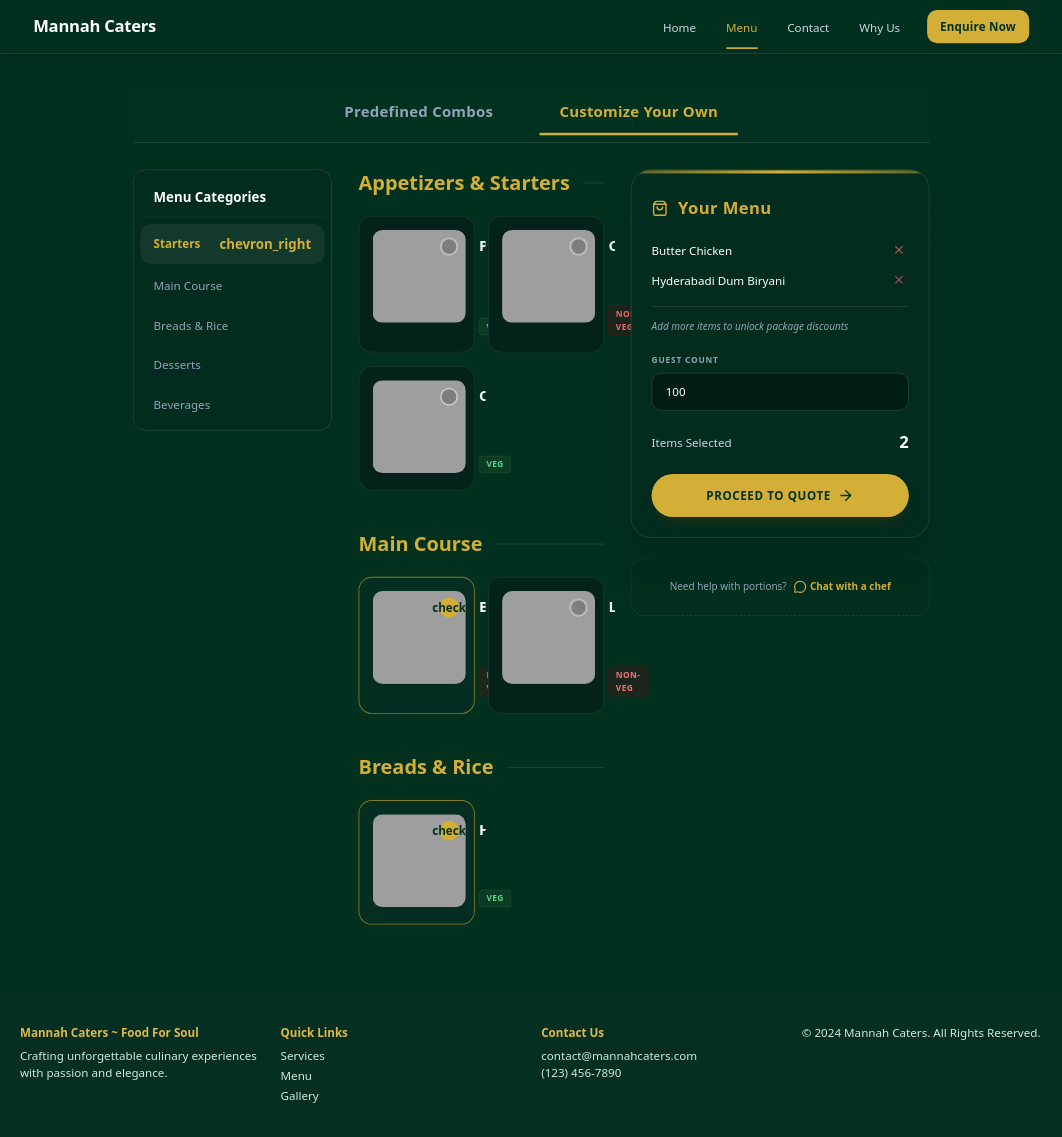
Repository: B-U-G-Freelancers/mannah_caterers
Page: /menu, after clicking the first element matching `div.justify-center > :nth-child(2)`
The author's editor kept a copy of each file at every save. The page is drawn from the files as they stood at one save, then again after the next save.
The browser window is 1280 px wide. The pictures show the whole page, at 83% of full size.
Pictures or frames that could not be fetched are drawn as grey boxes. The project was rebuilt for these pictures with package versions that can differ from the ones it lists, and the page was loaded fresh each time. Some packages were replaced by stand-ins written for this rebuild. Also part of the build but not shown: vite.config.js, src/pages/Home.jsx, src/pages/Contact.jsx, src/pages/WhyUs.jsx.

Above is the page before, as saved 2025-12-17 18:07:14.

### index.html
<!doctype html>
<html lang="en">
  <head>
    <meta charset="UTF-8" />
    <link rel="icon" type="image/svg+xml" href="/vite.svg" />
    <meta name="viewport" content="width=device-width, initial-scale=1.0" />
    <title>mannah-caters</title>
  </head>
  <body>
    <div id="root"></div>
    <script type="module" src="/src/main.jsx"></script>
  </body>
</html>

### src/main.jsx
import React from "react"
import ReactDOM from "react-dom/client"
import { BrowserRouter } from "react-router-dom"
import App from "./App"
import "./index.css"

ReactDOM.createRoot(document.getElementById("root")).render(
  <BrowserRouter>
    <App />
  </BrowserRouter>
)

### src/App.jsx

import React from "react";
import { Routes, Route } from "react-router-dom";
import Layout from "./components/Layout";
import Home from "./pages/Home";
import Menu from "./pages/Menu";
import Contact from "./pages/Contact";
import WhyUs from "./pages/WhyUs";
const App = () => {
  return (

    <Routes>
      <Route path="/" element={<Layout />}>
        <Route index element={<Home />} />
        <Route path="menu" element={<Menu />} />
        <Route path="contact" element={<Contact />} />
        <Route path="why-us" element={<WhyUs />} />
      </Route>
    </Routes>
  );
};

export default App;

### src/index.css
@import "tailwindcss";


:root {
  font-family: system-ui, Avenir, Helvetica, Arial, sans-serif;
  line-height: 1.5;
  font-weight: 400;

  color-scheme: light dark;
  color: rgba(255, 255, 255, 0.87);
  background-color: #242424;

  font-synthesis: none;
  text-rendering: optimizeLegibility;
  -webkit-font-smoothing: antialiased;
  -moz-osx-font-smoothing: grayscale;
}

/* a {
  font-weight: 500;
  color: #646cff;
  text-decoration: inherit;
}
a:hover {
  color: #535bf2;
}

body {
  margin: 0;
  display: flex;
  place-items: center;
  min-width: 320px;
  min-height: 100vh;
}

h1 {
  font-size: 3.2em;
  line-height: 1.1;
}

button {
  border-radius: 8px;
  border: 1px solid transparent;
  padding: 0.6em 1.2em;
  font-size: 1em;
  font-weight: 500;
  font-family: inherit;
  background-color: #1a1a1a;
  cursor: pointer;
  transition: border-color 0.25s;
}
button:hover {
  border-color: #646cff;
}
button:focus,
button:focus-visible {
  outline: 4px auto -webkit-focus-ring-color;
}

@media (prefers-color-scheme: light) {
  :root {
    color: #213547;
    background-color: #ffffff;
  }
  a:hover {
    color: #747bff;
  }
  button {
    background-color: #f9f9f9;
  }
} */

### src/components/Layout.jsx
// Layout.jsx
import React from "react";
import Header from "./Header";
import Footer from "./Footer";
// If you are using React Router, import Outlet
import { Outlet } from "react-router-dom";

const Layout = () => {
  return (
    <div className="flex flex-col min-h-screen min-w-screen">
      <Header />

      {/* "flex-1" ensures this section takes up all available space,
          pushing the footer to the bottom if content is short */}
      <main className="flex-1">
        {/* Outlet renders the child route's element (the current page) */}
        <Outlet />
      </main>

      <Footer />
    </div>
  );
};

export default Layout;

### src/components/Header.jsx
import React from "react";
import { NavLink } from "react-router-dom";

const Header = () => {
  const linkBase =
    "text-sm font-medium leading-normal transition-colors relative";

  const linkInactive =
    "text-slate-300 hover:text-white";

  const linkActive =
    "text-[#d4af37] font-bold after:content-[''] after:absolute after:-bottom-4 after:left-0 after:w-full after:h-[2px] after:bg-[#d4af37]";

  return (
    <header className="sticky top-0 z-50 flex items-center justify-between border-b border-[#24473b] bg-[#013220]/95 backdrop-blur-md px-4 sm:px-10 py-3 shadow-lg">

      {/* Logo */}
      <div className="flex items-center gap-4">
        <NavLink
          to="/"
          className="text-white text-xl font-bold tracking-[-0.015em] hover:text-[#d4af37] transition-colors"
        >
          Mannah Caters
        </NavLink>
      </div>

      {/* Right Section */}
      <div className="flex flex-1 justify-end items-center gap-8">

        {/* Desktop Nav */}
        <nav className="hidden md:flex items-center gap-9">
          <NavLink
            to="/"
            className={({ isActive }) =>
              `${linkBase} ${isActive ? linkActive : linkInactive}`
            }
          >
            Home
          </NavLink>

          <NavLink
            to="/menu"
            className={({ isActive }) =>
              `${linkBase} ${isActive ? linkActive : linkInactive}`
            }
          >
            Menu
          </NavLink>

          <NavLink
            to="/contact"
            className={({ isActive }) =>
              `${linkBase} ${isActive ? linkActive : linkInactive}`
            }
          >
            Contact
          </NavLink>

          <NavLink
            to="/why-us"
            className={({ isActive }) =>
              `${linkBase} ${isActive ? linkActive : linkInactive}`
            }
          >
            Why Us
          </NavLink>
        </nav>

        {/* CTA */}
        <button className="flex h-10 px-4 items-center justify-center rounded-xl bg-[#d4af37] hover:bg-[#c29d4d] active:scale-95 transition-all text-[#013220] text-sm font-bold tracking-[0.015em] shadow-md">
          Enquire Now
        </button>
      </div>
    </header>
  );
};

export default Header;

### src/components/Footer.jsx
import React from "react";

const Footer = ({ onNavigate }) => {
  const handleNav = (tab) => {
    // Check if onNavigate exists before calling it
    if (onNavigate) {
      onNavigate(tab);
      window.scrollTo({ top: 0, behavior: "smooth" });
    }
  };

  return (
    <footer className="bg-[#052f22] py-10">
      <div className="max-w-7xl mx-auto px-6 grid md:grid-cols-4 gap-6 text-sm text-[#cfe9df]">
        <div>
          <h4 className="text-[#e0b84c] font-semibold">
            Mannah Caters ~ Food For Soul
          </h4>
          <p className="text-sm mt-2">
            Crafting unforgettable culinary experiences with passion and elegance.
          </p>
        </div>
        <div>
          <h4 className="text-[#e0b84c] font-semibold">Quick Links</h4>
          <ul className="text-sm mt-2 space-y-1">
            <li className="hover:text-white cursor-pointer transition-colors">
              Services
            </li>
            {/* I added the onClick here so handleNav is actually used */}
            <li
              onClick={() => handleNav("combos")}
              className="hover:text-white cursor-pointer transition-colors"
            >
              Menu
            </li>
            <li className="hover:text-white cursor-pointer transition-colors">
              Gallery
            </li>
          </ul>
        </div>
        <div>
          <h4 className="text-[#e0b84c] font-semibold">Contact Us</h4>
          <p className="text-sm mt-2">contact@mannahcaters.com</p>
          <p className="text-sm">(123) 456-7890</p>
        </div>
        <div className="text-sm">
          © 2024 Mannah Caters. All Rights Reserved.
        </div>
      </div>
    </footer>
  );
};

export default Footer;

### src/components/CombosView.jsx
import React, { useState } from "react";
import { PACKAGES } from "../constants";
import PackageCard from "./PackageCard";

const CombosView = ({ onCustomize }) => {
  // Default open state is 'gold' which is the second item usually
  const [openPackageId, setOpenPackageId] = useState("gold");

  const handleToggle = (id) => {
    setOpenPackageId((prev) => (prev === id ? null : id));
  };

  return (
    <div className="flex flex-col gap-6 animate-fade-in max-w-4xl mx-auto w-full">
      <div className="text-center py-6">
        <h2 className="text-white text-4xl font-bold mb-3">
          Signature Packages
        </h2>
        <p className="text-[#94a3b8] max-w-2xl mx-auto">
          Select a package to view offerings. Customize any selection to suit
          your unique preferences.
        </p>
      </div>

      {PACKAGES.map((pkg) => (
        <PackageCard
          key={pkg.id}
          pkg={pkg}
          isOpen={openPackageId === pkg.id}
          onToggle={() => handleToggle(pkg.id)}
          onCustomize={onCustomize}
        />
      ))}
    </div>
  );
};

export default CombosView;

### src/components/CustomizeView.jsx
import React from "react";
import { CATEGORIES, MENU_ITEMS } from "../constants";
import MenuItem from "./MenuItem";
import CartSidebar from "./CartSideBar";

const CustomizeView = ({
  cart,
  guestCount,
  setGuestCount,
  toggleCartItem,
}) => {
  const selectedItems = MENU_ITEMS.filter((item) => cart.includes(item.id));

  // Simple smooth scroll handler
  const scrollToCategory = (e, id) => {
    e.preventDefault();
    const element = document.getElementById(id);
    if (element) {
        // Offset for sticky header
        const headerOffset = 180;
        const elementPosition = element.getBoundingClientRect().top;
        const offsetPosition = elementPosition + window.pageYOffset - headerOffset;

        window.scrollTo({
          top: offsetPosition,
          behavior: "smooth"
        });
    }
  };

  return (
    <div className="flex flex-col lg:flex-row gap-8 w-full max-w-[1400px] mx-auto">
      {/* Navigation Sidebar */}
      <div className="hidden lg:block w-[240px] flex-shrink-0">
        <div className="sticky top-[140px] bg-[#022c1e] rounded-2xl border border-[#24473b] overflow-hidden p-2">
          <div className="px-4 py-3 mb-2 border-b border-[#24473b]/50">
            <h3 className="text-white font-bold text-base">Menu Categories</h3>
          </div>
          <nav className="flex flex-col gap-1">
            {CATEGORIES.map((cat, idx) => {
                const isActive = idx === 0; // In a real app, track scroll position or state
                return (
                    <a
                    key={cat.id}
                    href={`#${cat.id}`}
                    onClick={(e) => scrollToCategory(e, cat.id)}
                    className={`flex items-center justify-between px-4 py-3 rounded-xl transition-all ${
                        isActive
                        ? "bg-[#24473b]/50 text-[#d4af37] font-bold"
                        : "text-[#94a3b8] hover:text-white hover:bg-white/5"
                    }`}
                    >
                    <span className="text-sm">{cat.label}</span>
                    {isActive && (
                          <span className="material-symbols-outlined text-base">chevron_right</span>
                    )}
                    </a>
                )
            })}
          </nav>
        </div>
      </div>

      {/* Main Content */}
      <div className="flex-1 flex flex-col gap-12 min-w-0">
        {CATEGORIES.map((cat) => {
          const items = MENU_ITEMS.filter((item) => item.category === cat.id);
          if (items.length === 0) return null;

          return (
            <div key={cat.id} id={cat.id} className="scroll-mt-[180px]">
              <div className="flex items-center gap-4 mb-6">
                  <h3 className="text-2xl font-bold text-[#d4af37]">
                    {cat.title}
                  </h3>
                  <div className="h-px bg-[#24473b] flex-1"></div>
              </div>
              <div className="grid grid-cols-1 md:grid-cols-2 gap-4">
                {items.map((item) => (
                  <MenuItem
                    key={item.id}
                    item={item}
                    isSelected={cart.includes(item.id)}
                    onToggle={toggleCartItem}
                  />
                ))}
              </div>
            </div>
          );
        })}
      </div>

      {/* Cart Sidebar */}
      <CartSidebar
        selectedItems={selectedItems}
        guestCount={guestCount}
        setGuestCount={setGuestCount}
        onRemoveItem={toggleCartItem}
      />
    </div>
  );
};

export default CustomizeView;

### src/components/gold-package.jsx
import * as React from "react";
const SVGComponent = (props) => (
  <svg
    fill="#000000"
    width="800px"
    height="800px"
    viewBox="0 0 24 24"
    id="gold-medal"
    data-name="Line Color"
    xmlns="http://www.w3.org/2000/svg"
    className="icon line-color"
    {...props}
  >
    <g id="SVGRepo_bgCarrier" strokeWidth={0} />
    <g
      id="SVGRepo_tracerCarrier"
      strokeLinecap="round"
      strokeLinejoin="round"
    />
    <g id="SVGRepo_iconCarrier">
      <polygon
        id="secondary"
        points="11.38 8.4 10 8.59 11 9.48 10.76 10.75 12 10.15 13.24 10.75 13 9.48 14 8.59 12.62 8.4 12 7.25 11.38 8.4"
        style={{
          fill: "none",
          stroke: "#d4af37",
          strokeLinecap: "round",
          strokeLinejoin: "round",
          strokeWidth: 2,
        }}
      />
      <circle
        id="primary"
        cx={12}
        cy={9}
        r={6}
        style={{
          fill: "none",
          stroke: "#d4af37",
          strokeLinecap: "round",
          strokeLinejoin: "round",
          strokeWidth: 2,
        }}
      />
      <path
        id="primary-2"
        data-name="primary"
        d="M16.28,13.2A6,6,0,0,1,13,14.92L15,20l1.5-1.25,2.09.21Z"
        style={{
          fill: "none",
          stroke: "#d4af37",
          strokeLinecap: "round",
          strokeLinejoin: "round",
          strokeWidth: 2,
        }}
      />
      <path
        id="primary-3"
        data-name="primary"
        d="M5.41,19l2.09-.21L9,20l2-5.08A6,6,0,0,1,7.72,13.2Z"
        style={{
          fill: "none",
          stroke: "#d4af37",
          strokeLinecap: "round",
          strokeLinejoin: "round",
          strokeWidth: 2,
        }}
      />
    </g>
  </svg>
);
export default SVGComponent;

### src/components/platinum-package.jsx
import * as React from "react";
const SVGComponent = (props) => (
  <svg
    width="800px"
    height="800px"
    viewBox="0 0 24 24"
    fill="none"
    xmlns="http://www.w3.org/2000/svg"
    {...props}
  >
    <g id="SVGRepo_bgCarrier" strokeWidth={0} />
    <g
      id="SVGRepo_tracerCarrier"
      strokeLinecap="round"
      strokeLinejoin="round"
    />
    <g id="SVGRepo_iconCarrier">
      <path
        fillRule="evenodd"
        clipRule="evenodd"
        d="M6.23607 1C5.09976 1 4.06097 1.64201 3.55279 2.65836L1.14806 7.46782C0.647975 8.46799 0.745665 9.66329 1.40152 10.569L9.57018 21.8495C10.7679 23.5035 13.2321 23.5035 14.4298 21.8495L22.5985 10.569C23.2543 9.66329 23.352 8.468 22.852 7.46782L20.4472 2.65836C19.939 1.64201 18.9003 1 17.7639 1H6.23607ZM5.34165 3.55279C5.51104 3.214 5.8573 3 6.23607 3H8.67428L7.24571 8H3.11804L5.34165 3.55279ZM9.32574 8L10.7543 3H13.2457L14.6743 8H9.32574ZM14.646 10H9.35397L12 18.5996L14.646 10ZM13.929 19.1312L16.7386 10H20.5412L13.929 19.1312ZM16.7543 8L15.3257 3H17.7639C18.1427 3 18.489 3.214 18.6584 3.55279L20.882 8H16.7543ZM3.4588 10H7.26143L10.071 19.1312L3.4588 10Z"
        fill="#d4af37"
      />
    </g>
  </svg>
);
export default SVGComponent;

Loaded but not shown: src/constants.js (102 lines, source omitted); src/components/silver-package.jsx (25 lines, source omitted); src/components/CartSideBar.jsx (118 lines, source omitted); src/components/PackageCard.jsx (95 lines, source omitted); src/pages/Menu.jsx (74 lines, source omitted); src/components/MenuItem.jsx (67 lines, source omitted)

After the next save:
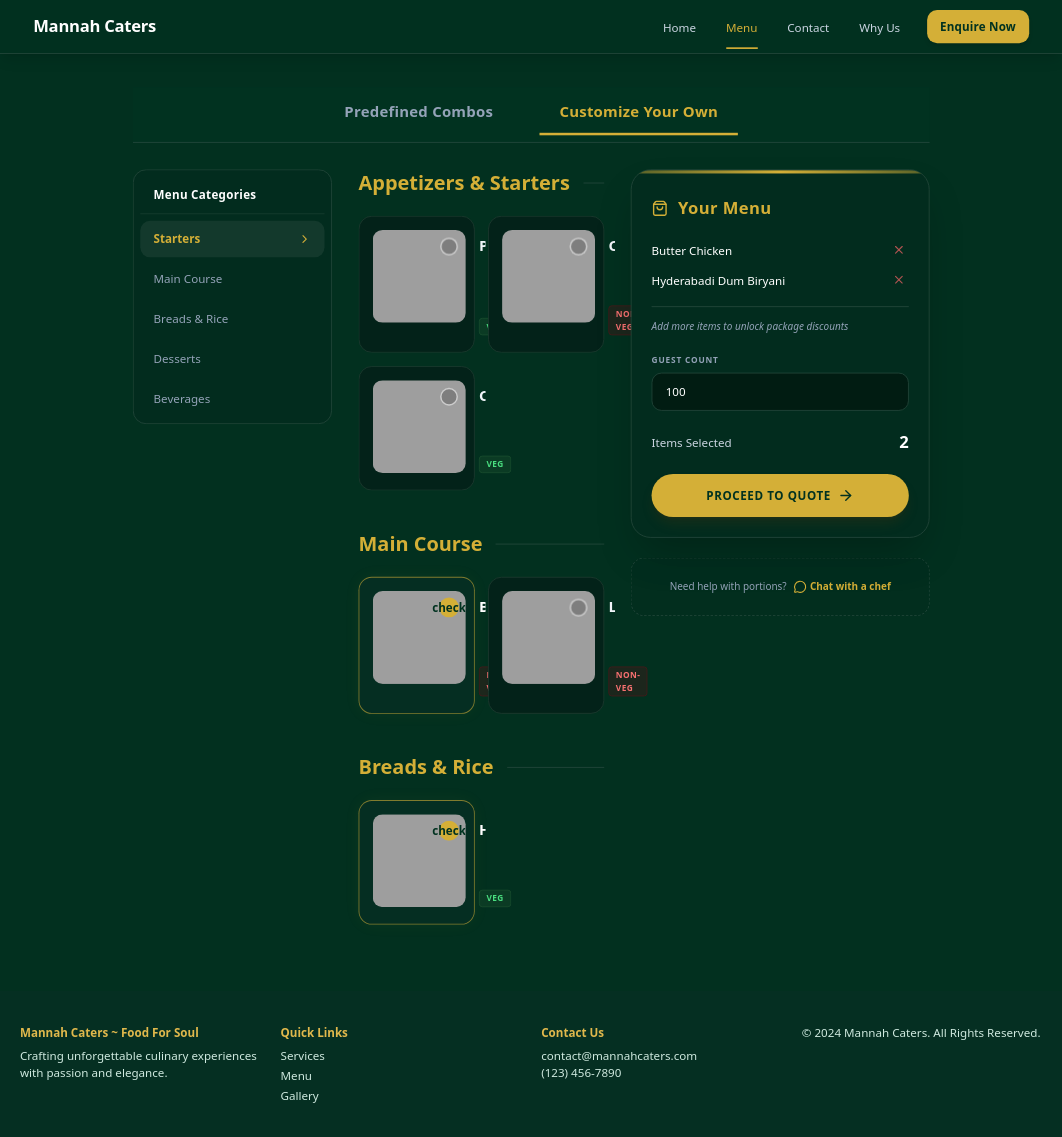
Saved 88 s later.
--- a/src/components/CustomizeView.jsx
+++ b/src/components/CustomizeView.jsx
@@ -1,4 +1,5 @@
 import React from "react";
+import { ChevronRight } from "lucide-react";
 import { CATEGORIES, MENU_ITEMS } from "../constants";
 import MenuItem from "./MenuItem";
 import CartSidebar from "./CartSideBar";
@@ -9,72 +10,89 @@ const CustomizeView = ({
   setGuestCount,
   toggleCartItem,
 }) => {
-  const selectedItems = MENU_ITEMS.filter((item) => cart.includes(item.id));
+  const selectedItems = MENU_ITEMS.filter((item) =>
+    cart.includes(item.id)
+  );
 
-  // Simple smooth scroll handler
+  // Smooth scroll with sticky header offset
   const scrollToCategory = (e, id) => {
     e.preventDefault();
     const element = document.getElementById(id);
-    if (element) {
-        // Offset for sticky header
-        const headerOffset = 180;
-        const elementPosition = element.getBoundingClientRect().top;
-        const offsetPosition = elementPosition + window.pageYOffset - headerOffset;
+    if (!element) return;
 
-        window.scrollTo({
-          top: offsetPosition,
-          behavior: "smooth"
-        });
-    }
+    const headerOffset = 180;
+    const elementPosition = element.getBoundingClientRect().top;
+    const offsetPosition =
+      elementPosition + window.pageYOffset - headerOffset;
+
+    window.scrollTo({
+      top: offsetPosition,
+      behavior: "smooth",
+    });
   };
 
   return (
-    <div className="flex flex-col lg:flex-row gap-8 w-full max-w-[1400px] mx-auto">
-      {/* Navigation Sidebar */}
-      <div className="hidden lg:block w-[240px] flex-shrink-0">
-        <div className="sticky top-[140px] bg-[#022c1e] rounded-2xl border border-[#24473b] overflow-hidden p-2">
+    <div className="flex flex-col lg:flex-row gap-8 w-full max-w-[1400px] mx-auto px-4 lg:px-0">
+
+      {/* Desktop Category Sidebar */}
+      <aside className="hidden lg:block w-[240px] flex-shrink-0">
+        <div className="sticky top-[140px] bg-[#022c1e] rounded-2xl border border-[#24473b] p-2">
+
           <div className="px-4 py-3 mb-2 border-b border-[#24473b]/50">
-            <h3 className="text-white font-bold text-base">Menu Categories</h3>
+            <h3 className="text-white font-bold text-sm tracking-wide">
+              Menu Categories
+            </h3>
           </div>
+
           <nav className="flex flex-col gap-1">
             {CATEGORIES.map((cat, idx) => {
-                const isActive = idx === 0; // In a real app, track scroll position or state
-                return (
-                    <a
-                    key={cat.id}
-                    href={`#${cat.id}`}
-                    onClick={(e) => scrollToCategory(e, cat.id)}
-                    className={`flex items-center justify-between px-4 py-3 rounded-xl transition-all ${
-                        isActive
-                        ? "bg-[#24473b]/50 text-[#d4af37] font-bold"
-                        : "text-[#94a3b8] hover:text-white hover:bg-white/5"
-                    }`}
-                    >
-                    <span className="text-sm">{cat.label}</span>
-                    {isActive && (
-                          <span className="material-symbols-outlined text-base">chevron_right</span>
-                    )}
-                    </a>
-                )
+              const isActive = idx === 0; // later → scroll spy
+
+              return (
+                <a
+                  key={cat.id}
+                  href={`#${cat.id}`}
+                  onClick={(e) => scrollToCategory(e, cat.id)}
+                  className={`flex items-center justify-between px-4 py-3 rounded-xl transition-all ${
+                    isActive
+                      ? "bg-[#24473b]/50 text-[#d4af37] font-bold"
+                      : "text-[#94a3b8] hover:text-white hover:bg-white/5"
+                  }`}
+                >
+                  <span className="text-sm">{cat.label}</span>
+                  {isActive && (
+                    <ChevronRight className="w-4 h-4 text-[#d4af37]" />
+                  )}
+                </a>
+              );
             })}
           </nav>
         </div>
-      </div>
+      </aside>
 
-      {/* Main Content */}
-      <div className="flex-1 flex flex-col gap-12 min-w-0">
+      {/* Main Menu Content */}
+      <main className="flex-1 flex flex-col gap-12 min-w-0">
         {CATEGORIES.map((cat) => {
-          const items = MENU_ITEMS.filter((item) => item.category === cat.id);
-          if (items.length === 0) return null;
+          const items = MENU_ITEMS.filter(
+            (item) => item.category === cat.id
+          );
+          if (!items.length) return null;
 
           return (
-            <div key={cat.id} id={cat.id} className="scroll-mt-[180px]">
+            <section
+              key={cat.id}
+              id={cat.id}
+              className="scroll-mt-[180px]"
+            >
+              {/* Category Header */}
               <div className="flex items-center gap-4 mb-6">
-                  <h3 className="text-2xl font-bold text-[#d4af37]">
-                    {cat.title}
-                  </h3>
-                  <div className="h-px bg-[#24473b] flex-1"></div>
+                <h3 className="text-xl sm:text-2xl font-bold text-[#d4af37]">
+                  {cat.title}
+                </h3>
+                <div className="h-px bg-[#24473b] flex-1" />
               </div>
+
+              {/* Items Grid */}
               <div className="grid grid-cols-1 md:grid-cols-2 gap-4">
                 {items.map((item) => (
                   <MenuItem
@@ -85,10 +103,10 @@ const CustomizeView = ({
                   />
                 ))}
               </div>
-            </div>
+            </section>
           );
         })}
-      </div>
+      </main>
 
       {/* Cart Sidebar */}
       <CartSidebar
